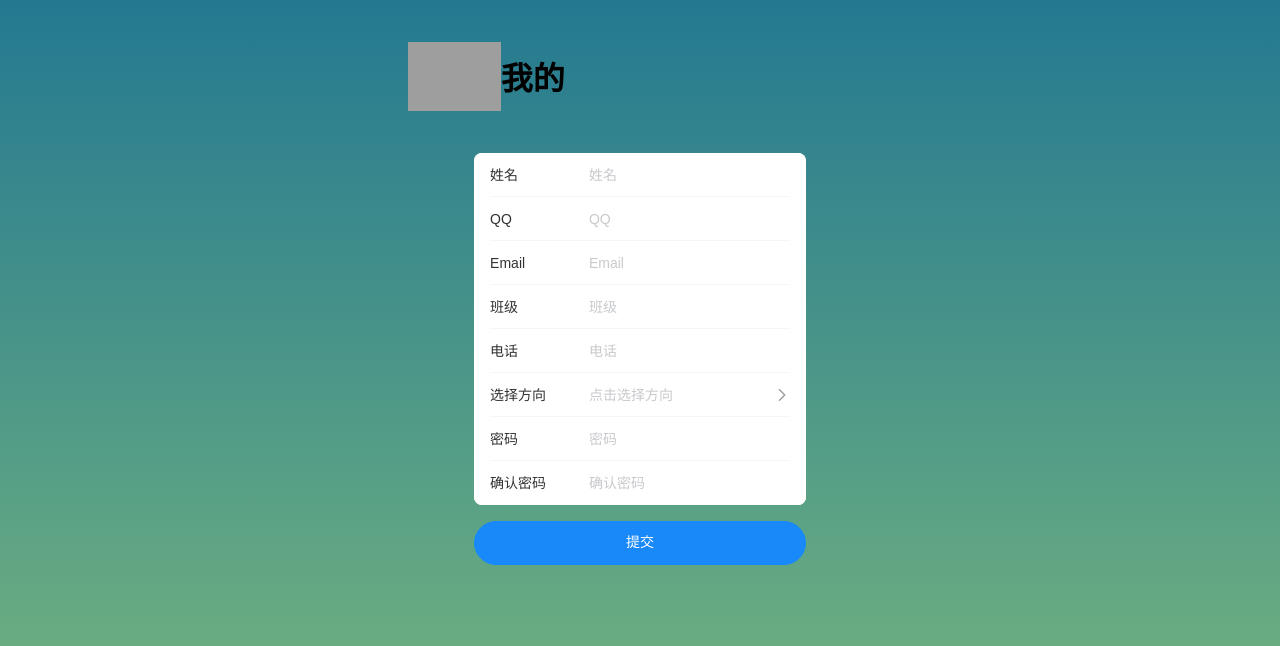
Repository: Qwenicq/new_sys
Page: /setting (app in new-syws/)
An editor plug-in stored every save of this project. The page is shown before and after the next save, followed by the edit.
The browser window is 1280 px wide. The pictures show the whole page.
Pictures or frames that could not be fetched are drawn as grey boxes. The project was rebuilt for these pictures with package versions that can differ from the ones it lists, and the page was loaded fresh each time. Also part of the build but not shown: new-syws/vite.config.js, new-syws/src/components/user.vue.

Above is the page before, as saved 2024-02-02 19:58:21.

After the next save:
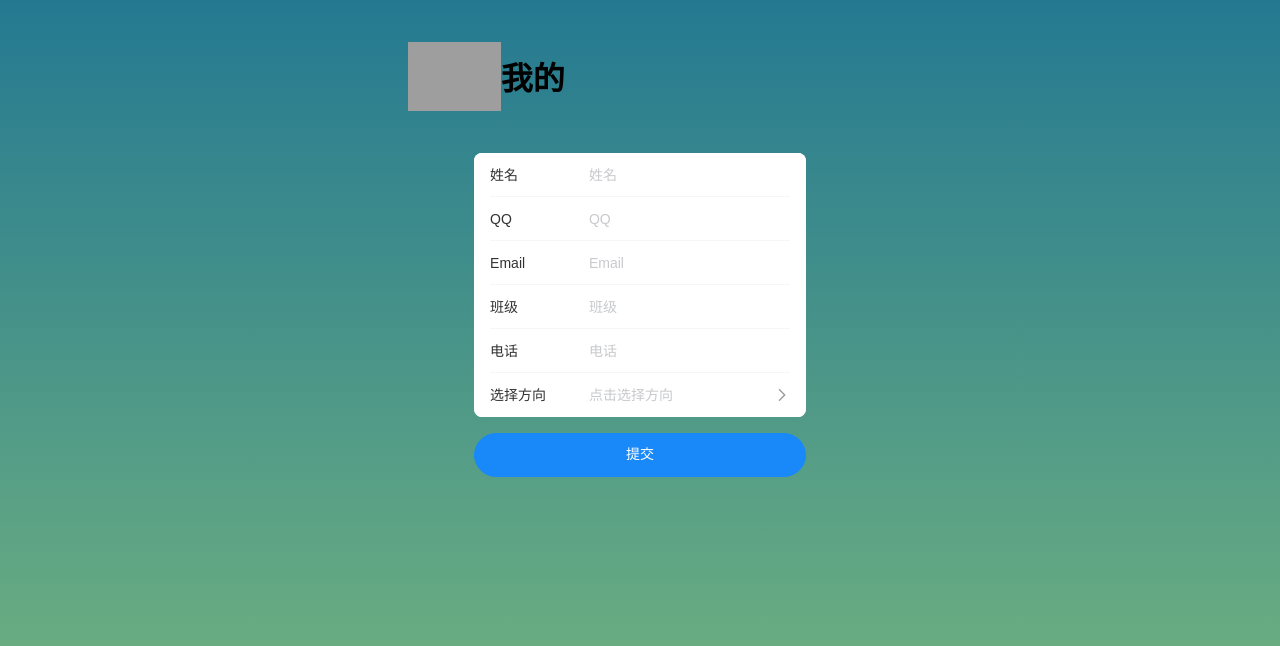
Saved 11 s later.
--- a/new-syws/src/views/user/UserSetting.vue
+++ b/new-syws/src/views/user/UserSetting.vue
@@ -109,29 +109,6 @@ const onSubmit = async () => {
               @cancel="showPicker = false"
             />
           </van-popup>
-          <van-field
-            v-model="formModel.password"
-            type="password"
-            name="密码"
-            label="密码"
-            placeholder="密码"
-            :rules="[
-              { required: true, message: '请填写密码' },
-              {
-                pattern: /^\S{6,15}$/,
-                message: '密码必须是 6-15位 的非空字符',
-                trigger: 'onChange'
-              }
-            ]"
-          />
-          <van-field
-            v-model="formModel.repassword"
-            type="password"
-            name="确认密码"
-            label="确认密码"
-            placeholder="确认密码"
-            :rules="[{ required: true, message: '请填写密码' }]"
-          />
         </van-cell-group>
 
         <div style="margin: 16px">
